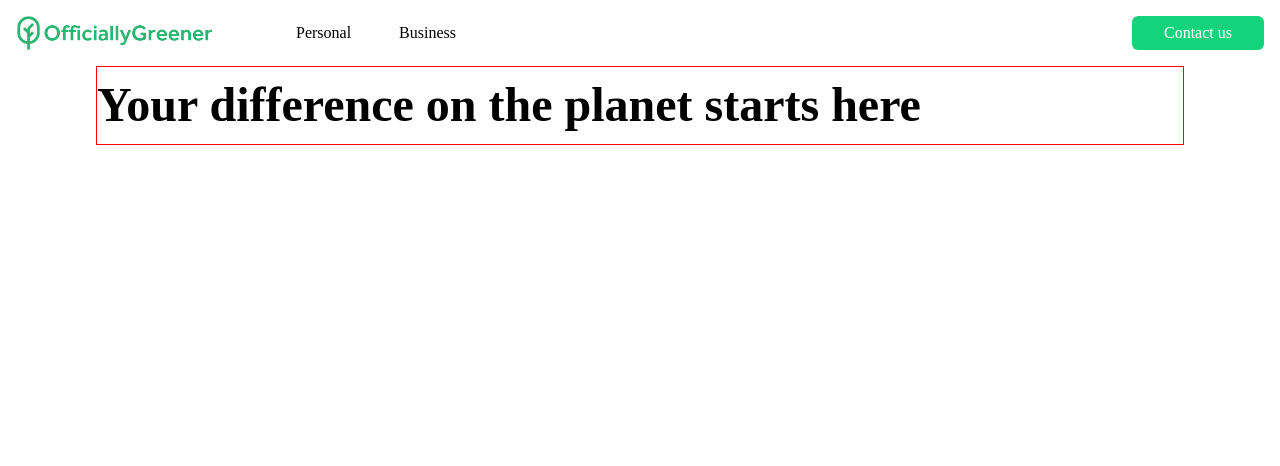
Repository: Sinkycode/Officially-Greener
Page: index.html
The author's editor kept a copy of each file at every save. The page is drawn from the files as they stood at one save, then again after the next save.
The browser window is 1280 px wide. The pictures show the whole page.

Above is the page before, as saved 2023-03-07 21:02:27.

After the next save:
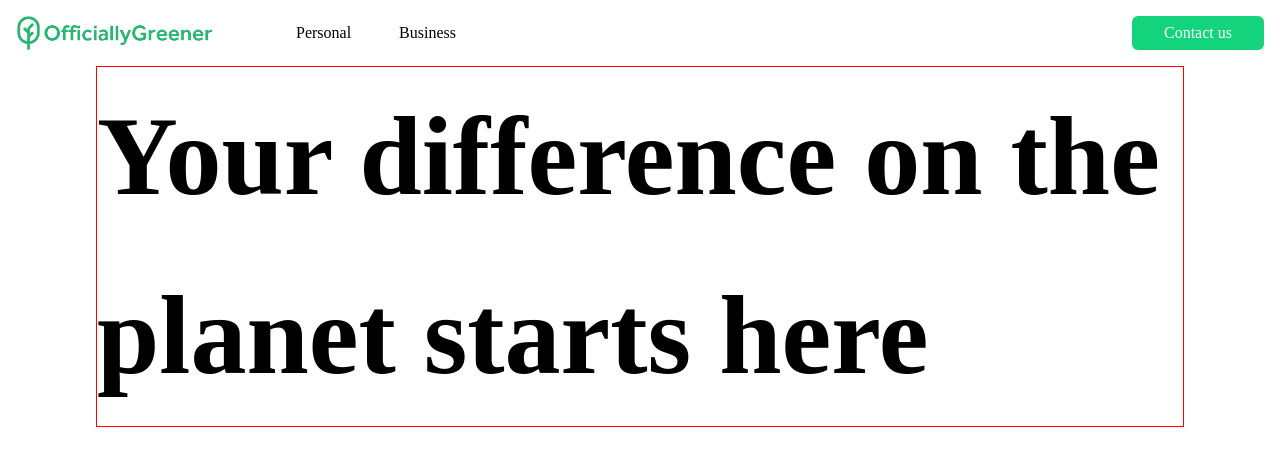
Saved 11 s later.
--- a/style.css
+++ b/style.css
@@ -83,5 +83,5 @@
 }
 
 .landing-page__big-txt {
-  font-size: clamp(3rem, 1rem - 10vw, 7rem)
+  font-size: clamp(3rem, 1rem + 10vw, 7rem)
 }
